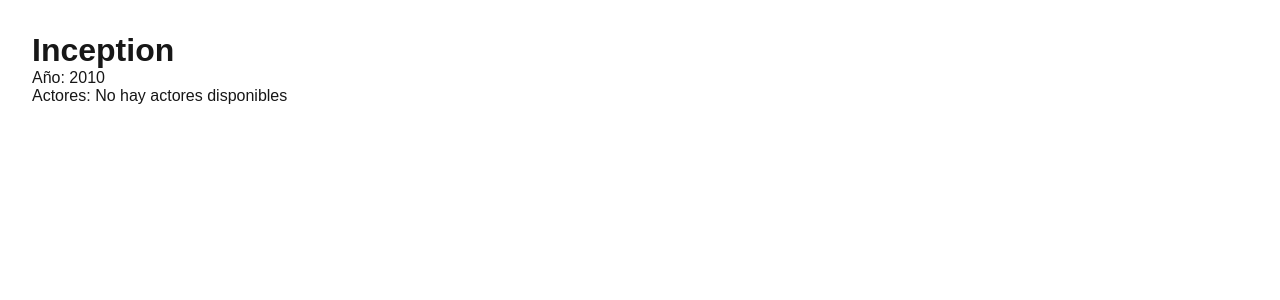
Repository: osoriomrs/ICS_IA
Page: /movies/1 (app in ejer_11.1/)
The author's editor kept a copy of each file at every save. The page is drawn from the files as they stood at one save, then again after the next save.
The browser window is 1280 px wide. The pictures show the whole page.
The project was rebuilt for these pictures with package versions that can differ from the ones it lists, and the page was loaded fresh each time. The framework's server and built-in components were replaced by stand-ins that run in the browser. Also part of the build but not shown: ejer_11.1/next.config.mjs.

Above is the page before, as saved 2026-02-04 12:21:02.

### ejer_11.1/app/movies/[movieId]/page.js
import { MOVIES } from '../../../lib/cinema';

export default async function MovieDetailPage({ params }) {
  const { movieId } = await params;

  const movie = MOVIES.find(m => m.id === movieId);

  if (!movie) {
    return <p>Película no encontrada</p>;
  }

  return (
    <div style={{ padding: '2rem', fontFamily: 'sans-serif' }}>
      <h1>{movie.title}</h1>
      <p>Año: {movie.year}</p>
      <p>
        Actores:{' '}
        {movie.actors && movie.actors.length > 0
          ? movie.actors.join(', ')
          : 'No hay actores disponibles'}
      </p>
    </div>
  );
}

### ejer_11.1/lib/cinema.js
export const MOVIES = [
  { id: '1', title: 'Inception', year: 2010, director: 'Christopher Nolan', synopsis: 'Un ladrón roba secretos a través de los sueños.' },
  { id: '2', title: 'Matrix', year: 1999, director: 'Lana y Lilly Wachowski', synopsis: 'Un hacker descubre la realidad simulada.' },
]

export const ACTORS = [
  { id: 'a1', name: 'Leonardo DiCaprio', birthYear: 1974, bio: 'Actor estadounidense famoso por Inception.' },
  { id: 'a2', name: 'Keanu Reeves', birthYear: 1964, bio: 'Actor canadiense conocido por Matrix.' },
]

export const ROLES = [
  { movieId: '1', actorId: 'a1', character: 'Dom Cobb' },
  { movieId: '2', actorId: 'a2', character: 'Neo' },
]

export function getAllMovies() {
  return MOVIES
}

export function getMovieById(id) {
  return MOVIES.find(m => m.id === id)
}

export function getAllActors() {
  return ACTORS
}

export function getActorById(id) {
  return ACTORS.find(a => a.id === id)
}

export function getCastByMovieId(movieId) {
  return ROLES.filter(r => r.movieId === movieId)
    .map(r => getActorById(r.actorId))
}

export function getFilmographyByActorId(actorId) {
  return ROLES.filter(r => r.actorId === actorId)
    .map(r => getMovieById(r.movieId))
}

Loaded but not shown: ejer_11.1/app/layout.js (common file); ejer_11.1/app/globals.css (common file)

After the next save:
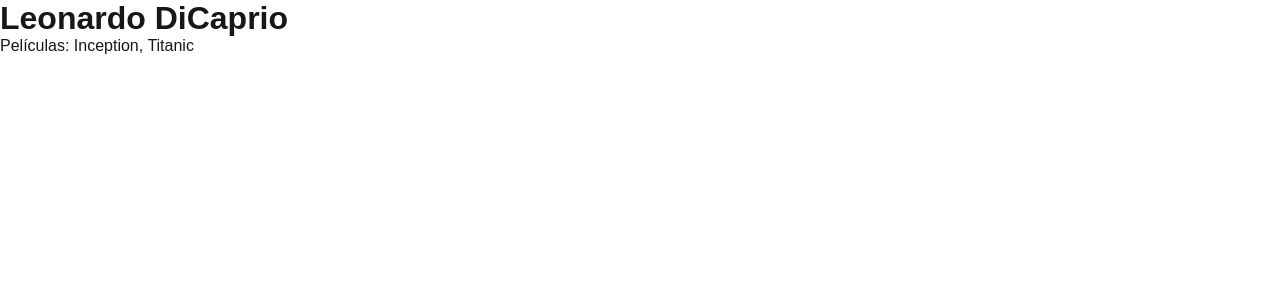
Saved 52 s later.
--- a/ejer_11.1/app/movies/[movieId]/page.js
+++ b/ejer_11.1/app/movies/[movieId]/page.js
@@ -1,23 +1,29 @@
-import { MOVIES } from '../../../lib/cinema';
+import Link from 'next/link';
 
-export default async function MovieDetailPage({ params }) {
-  const { movieId } = await params;
-
-  const movie = MOVIES.find(m => m.id === movieId);
-
-  if (!movie) {
-    return <p>Película no encontrada</p>;
-  }
+export default function ActorDetailPage({ params }) {
+  const actor = {
+    name: "Leonardo DiCaprio",
+    movies: ["Inception", "Titanic"] // Esto vendría de tu API
+  };
 
   return (
-    <div style={{ padding: '2rem', fontFamily: 'sans-serif' }}>
-      <h1>{movie.title}</h1>
-      <p>Año: {movie.year}</p>
+    <div>
+      <h1>{actor.name}</h1>
+
       <p>
-        Actores:{' '}
-        {movie.actors && movie.actors.length > 0
-          ? movie.actors.join(', ')
-          : 'No hay actores disponibles'}
+        Películas:{' '}
+        {actor.movies && actor.movies.length > 0 ? (
+          actor.movies.map((movieTitle, index) => (
+            <span key={movieTitle}>
+              <Link href={`/movies/${movieTitle.toLowerCase().replace(/\s/g, '-')}`}>
+                {movieTitle}
+              </Link>
+              {index < actor.movies.length - 1 && ', '}
+            </span>
+          ))
+        ) : (
+          'No hay películas disponibles'
+        )}
       </p>
     </div>
   );
